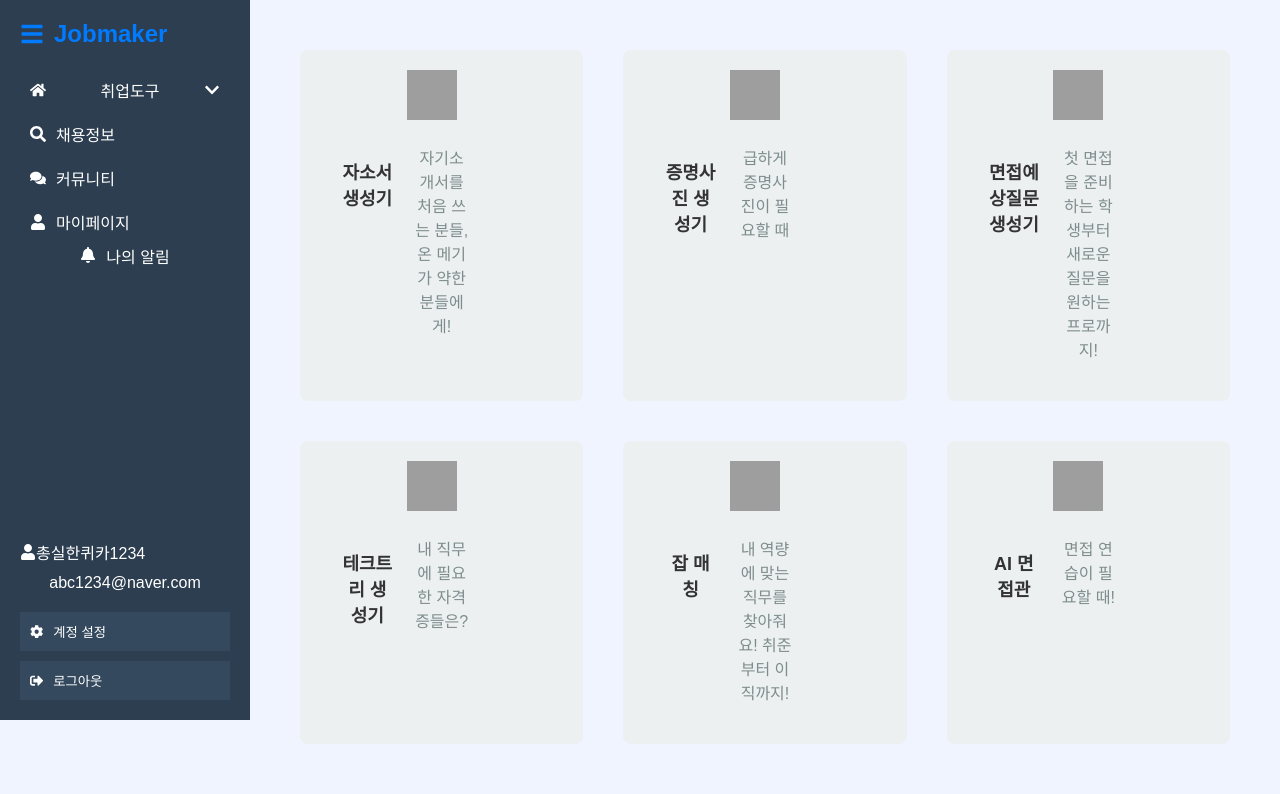
Repository: HSfac/jobmaker
Page: /main
These files come from the project's save history. The page is drawn as it stood at one moment and after the next save; the edit follows.
The browser window is 1280 px wide. The pictures show the whole page.
Pictures or frames that could not be fetched are drawn as grey boxes. The project was rebuilt for these pictures with package versions that can differ from the ones it lists, and the page was loaded fresh each time. Also part of the build but not shown: src/components/Header.jsx, src/components/Footer.css, src/components/Footer.jsx, src/pages/LandingPage.jsx, src/pages/InfosPage.jsx, src/pages/CommunityPage.jsx, src/pages/MyPage.jsx, src/components/SocialLoginButton.css and 15 more.

Above is the page before, as saved 2024-07-13 17:36:01.

After the next save:
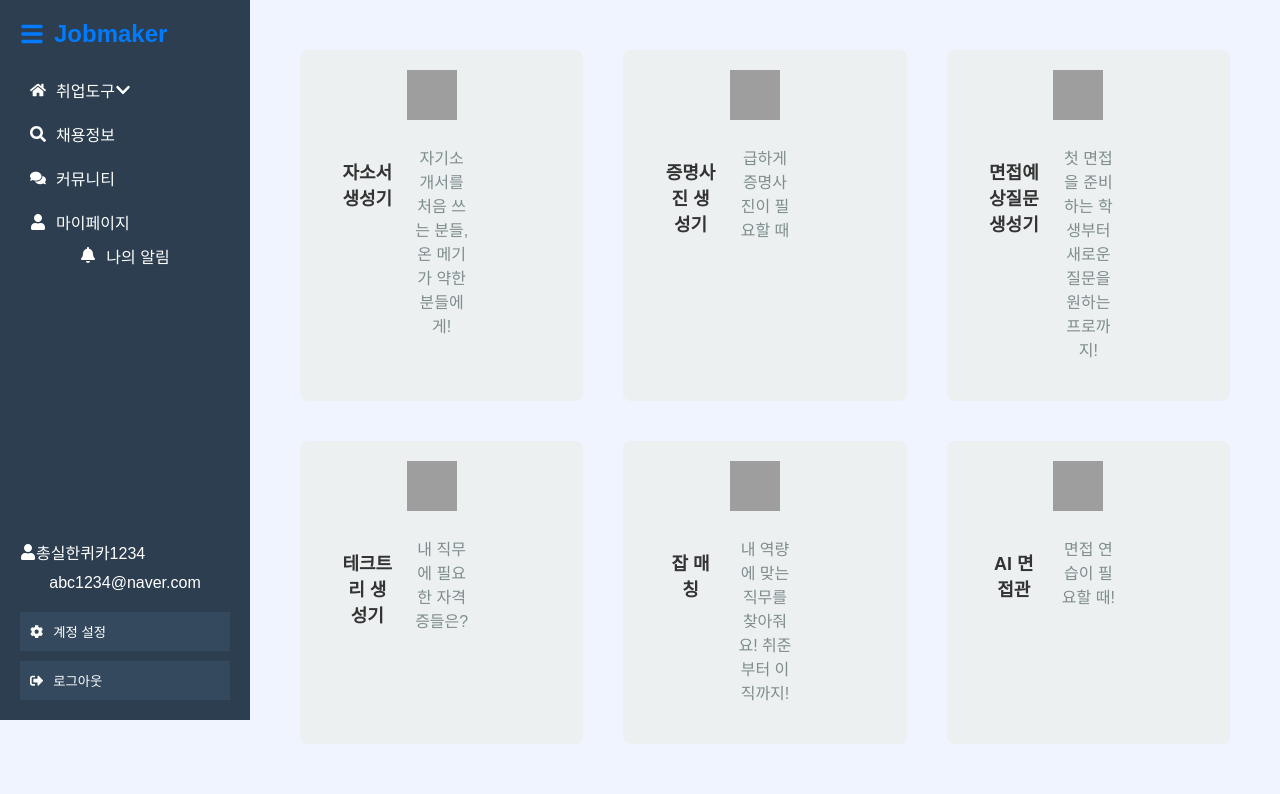
Saved 5 s later.
--- a/src/components/Sidebar.css
+++ b/src/components/Sidebar.css
@@ -59,7 +59,7 @@
 
 .menu-item {
   cursor: pointer;
-  justify-content: space-between; /* Add space between icon and text */
+
 }
 
 .menu li span {

After the save that followed:
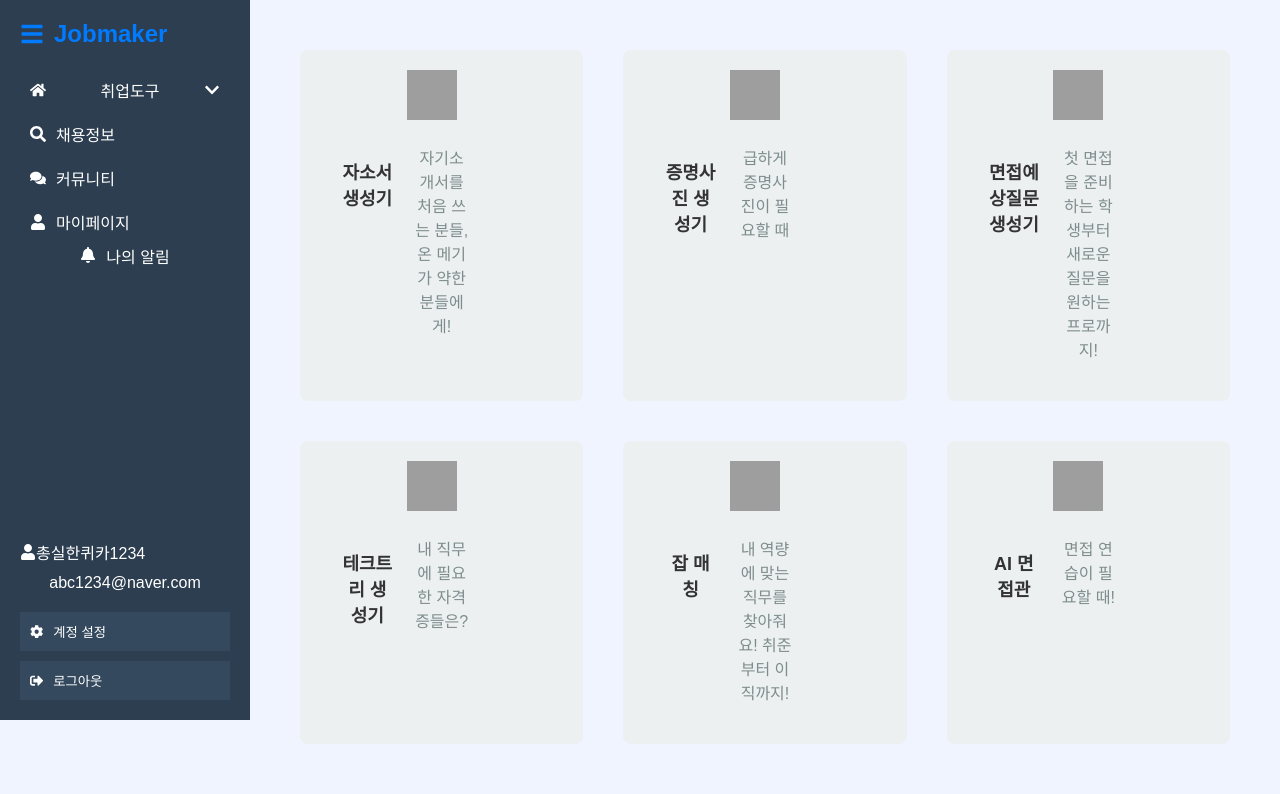
Saved 2 min 34 s later.
--- a/src/components/Sidebar.css
+++ b/src/components/Sidebar.css
@@ -59,7 +59,7 @@
 
 .menu-item {
   cursor: pointer;
-
+  justify-content: space-between; /* Add space between icon and text */
 }
 
 .menu li span {
